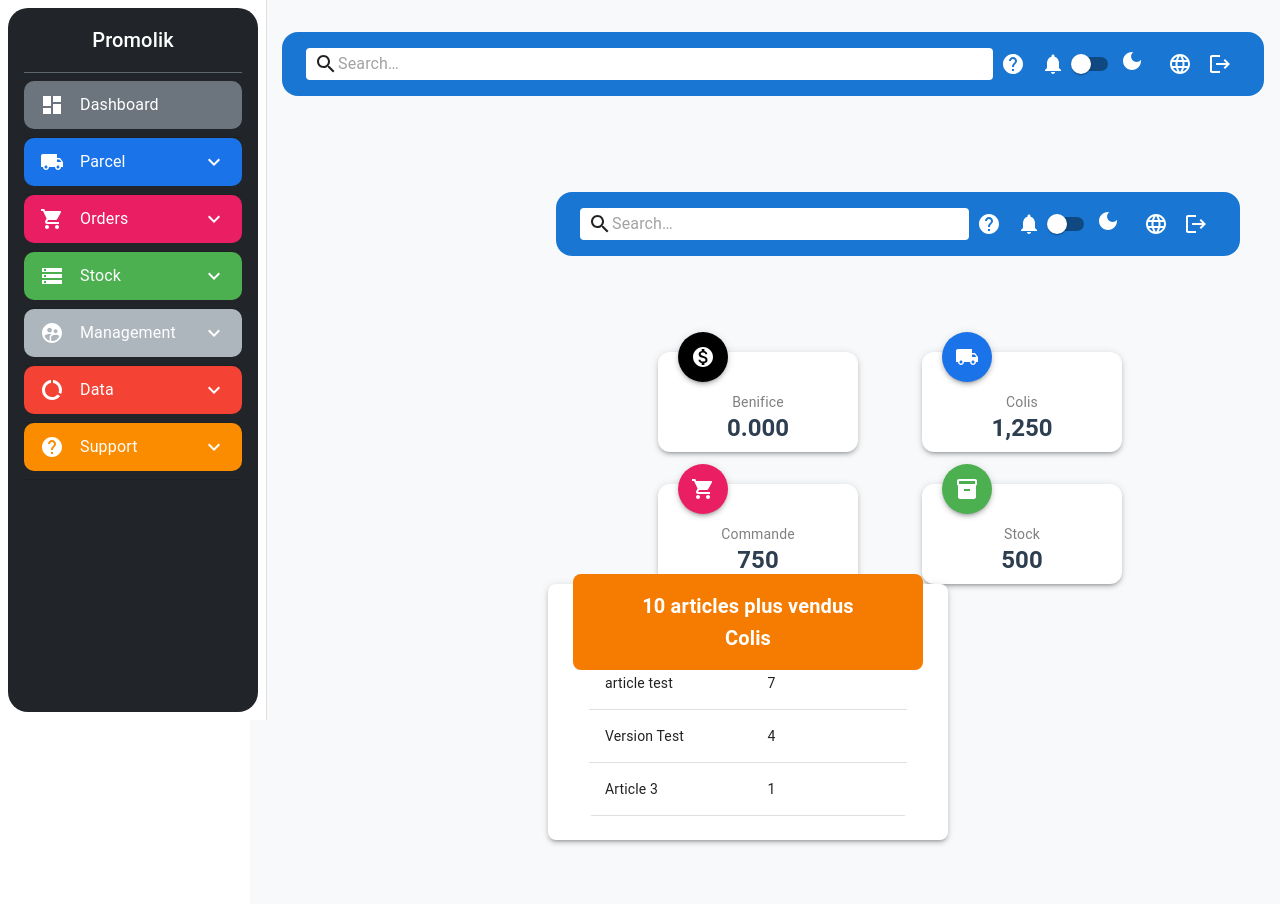
Repository: yosrjdly/stk
Page: /dashboard (app in dashboard/)
An editor plug-in stored every save of this project. The page is shown before and after a run of saves, followed by the edit.
The browser window is 1280 px wide. The pictures show the whole page.
The project was rebuilt for these pictures with package versions that can differ from the ones it lists, and the page was loaded fresh each time. The framework's server and built-in components were replaced by stand-ins that run in the browser. Also part of the build but not shown: dashboard/next.config.ts.

Above is the page before, as saved 2025-02-14 18:25:41.

After the next 2 saves:
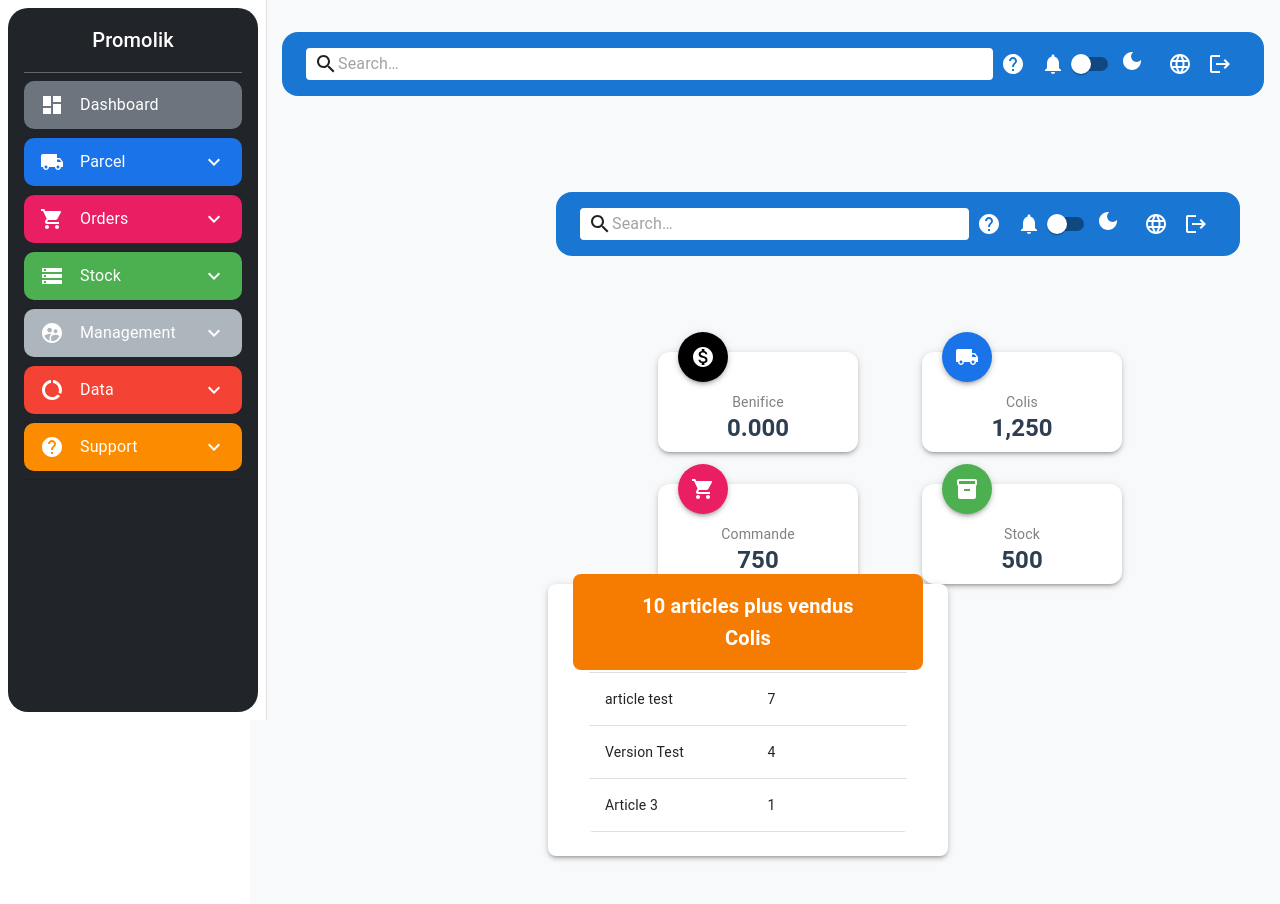
The 2 saves are shown as one change because they came seconds apart.
The last was saved 16 s later.
--- a/dashboard/src/componenets/cards/mediumCard/TopSellingCard.tsx
+++ b/dashboard/src/componenets/cards/mediumCard/TopSellingCard.tsx
@@ -19,7 +19,7 @@ const TopSellingCard = () => {
           Colis
         </Typography>
       </CardContent>
-      <CardContent sx={{ width: 350 }}>
+      <CardContent sx={{ width: 350, marginTop: 2 }}>
         <TableContainer component={Paper} elevation={0} sx={{ boxShadow: "none" }}>
           <Table>
             <TableHead>
